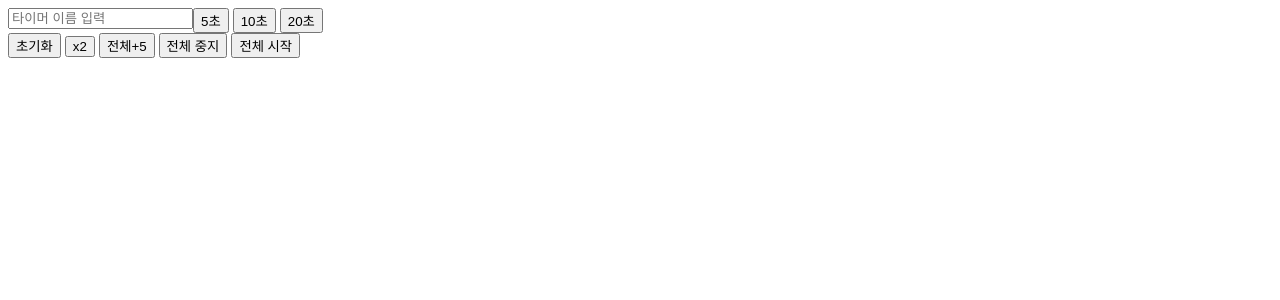
Repository: IT-magician/JS-Practice-Mission2
Page: index.html
The author's editor kept a copy of each file at every save. The page is drawn from the files as they stood at one save, then again after the next save.
The browser window is 1280 px wide. The pictures show the whole page.

Above is the page before, as saved 2023-11-15 19:08:24.

### index.html
<!DOCTYPE html>
<html lang="en">
  <head>
    <meta charset="UTF-8" />
    <meta name="viewport" content="width=device-width, initial-scale=1.0" />
    <title>Document</title>

    <style>
      .input {
        display: flex;
      }
    </style>
  </head>
  <body>
    <div class="pung-game">
      <div class="input">
        <div class="name">
          <input type="text" name="" id="" placeholder="타이머 이름 입력" />
        </div>
        <div class="btns">
          <input type="button" value="5초" />
          <input type="button" value="10초" />
          <input type="button" value="20초" />
        </div>
      </div>
      <div class="summary"></div>
      <div class="control">
        <input type="button" value="초기화" />
        <input type="button" value="x2" />
        <input type="button" value="전체+5" />
        <input type="button" value="전체 중지" />
        <input type="button" value="전체 시작" />
      </div>
      <div class="display"></div>
    </div>

    <script type="module" src="./js/main.js"></script>
  </body>
</html>

### js/main.js
import { TimerManager } from "./TimerManager.js";

function viewRender(timerInfoList) {
  console.log(timerInfoList);
}

let timerManager = new TimerManager(viewRender);

timerManager.Create("타이머1", 10 * 1000);

// timerManager.multiplerIncreaseAll();
// timerManager.multiplerIncrease(1);
// timerManager.IncreaseAll();
// timerManager.Increase(1);
// timerManager.Clear();
// timerManager.Cancel(1);

### js/TimerManager.js
class TimerManager {
  #pungs = [];

  #checkInterval = 500; // 500ms

  #baseLeftTime = 0;
  #isAllStop = false;

  #uuid = 1;

  #cmp;

  #totalSum = 0;

  #ViewRenderChecker = setInterval(() => {
    // this.#viewRender(this.#pungs);
    console.log(`average : ${this.#totalSum}`);
  }, 1000);

  #viewRender;

  constructor(viewRender, cmp = (lhs, rhs) => lhs - rhs) {
    this.#viewRender = viewRender;
    this.#cmp = cmp;
  }

  #GenerateUUID() {
    return this.#uuid++;
  }

  // 버블 정렬(with stable sort) 응용
  Sort(uuid) {
    let targetIdx = this.#pungs.findIndex((item) => item.uuid === uuid);

    // console.log(`uuid : ${uuid}, targetIdx : ${targetIdx}`);
    if (targetIdx === -1) return;

    let swapIdx = -1;

    for (let i = targetIdx + 1; i < this.#pungs.length; i++)
      if (this.#cmp(this.#pungs[targetIdx], this.#pungs[i]) > 0) swapIdx = i;

    for (let i = targetIdx - 1; i >= 0; i--)
      if (this.#cmp(this.#pungs[targetIdx], this.#pungs[i]) < 0) swapIdx = i;

    if (swapIdx === -1) return;

    [this.#pungs[targetIdx], this.#pungs[swapIdx]] = [
      this.#pungs[swapIdx],
      this.#pungs[targetIdx],
    ];
  }

  TimerInfoClass = class {
    name;
    uuid;
    value;
    timer = null;
    isStop = false;

    /**
     *
     * @param {string|number} name
     * @param {number} value : 삭제되기까지 남은 시간
     * @param {string|number} uuid
     */
    constructor(name, value, uuid) {
      this.name = name;
      this.value = value;
      this.uuid = uuid;
    }

    /**
     * Array.find(condition)?.executeMethod() 연산자를 사용하고 싶어서 만든 메서드들
     */
    Multipler = (value = 2) => (this.value *= value);
    Add = (value = 5) => (this.value += value);
    Start = () => (this.isStop = false);
    Stop = () => (this.isStop = true);
    ClearCountDownTimer = () => {
      if (this.timer === false) return;
      clearInterval(this.timer);
      this.timer = null;

      return this;
    };

    /**
     * Array.find(condition)?.executeMethod() 연산자를 사용하고 싶어서 만든 메서드들 + 이후 작업 처리용
     *
     * 원본:
     * execute = (func) => {
     *   return (...args) => {
     *     func(...args);
     *   };
     * };
     *
     * 외부에서 사용 예시:
     * timeInfo = new TimerInfoClass(...)
     * timeInfo.execute((a,b) => console.log(a+b))(1,2)
     */
    execute = (func) => {
      func(this);
      return this;

      // vs(위와 아래중에 머가 의도한거니.. 뭘 의도하고 싶었던거니..?)
      // return (...args) => func(...args);
    };
  };

  #getDiff(past, current) {
    return Math.abs(past - current);
  }

  #append(name, value) {
    let uuid = this.#GenerateUUID();
    let timerInfo = new this.TimerInfoClass(name, value, uuid);

    this.#pungs.push(timerInfo);
    this.#totalSum += value;

    return timerInfo;
  }

  /// ________________________________________________________________________
  //                            외부 호출 메소드 API
  /// ________________________________________________________________________

  GetAverage() {
    if (this.#pungs.length == 0) return 0;

    return this.#totalSum / 1000 / this.#pungs.length;
  }

  Create(name, value) {
    let timerInfo = this.#append(name, value);
    const uuid = timerInfo.uuid;

    new Promise((resolve, reject) => {
      // 시간 카운트 다운 설정
      timerInfo.timer = setInterval(() => {
        if (this.#isAllStop || timerInfo.isStop) return;

        const past = timerInfo.value;
        timerInfo.value = Math.max(0, timerInfo.value - this.#checkInterval);

        console.log(past, timerInfo.value, this.#totalSum);

        this.Sort(uuid);

        if (timerInfo.value === 0) {
          timerInfo.ClearCountDownTimer();

          resolve();
        }

        this.#totalSum -= this.#getDiff(past, timerInfo.value); // down value
      }, this.#checkInterval);
    }).then((resolve, reject) => {
      // 종료 작업
      this.Cancel(uuid);
    });
  }

  Clear() {
    for (let i = this.#pungs.length - 1; i >= 0; i--)
      this.Cancel(this.#pungs[i].uuid);

    this.#pungs = [];
  }

  multiplerIncreaseAll(value = 2) {
    this.StopAll();

    this.#pungs?.forEach((item) => {
      const past = item.value;
      item.Multipler();
      this.#totalSum += this.#getDiff(past, item.value);
    });

    this.StartAll();
  }

  multiplerIncrease(uuid, value = 2) {
    this.#pungs
      .find((item) => item.uuid === uuid)
      ?.execute((instance) => {
        const past = instance.value;
        instance.Multipler(value);
        this.#totalSum += this.#getDiff(past, instance.value);
      });
  }

  StopAll() {
    this.#isAllStop = true;
  }

  Stop(uuid) {
    this.pungs.find((item) => item.uuid === uuid)?.Stop();
  }

  StartAll() {
    this.#isAllStop = false;
  }
  Start(uuid) {
    this.pungs.find((item) => item.uuid === uuid)?.Start();
  }

  IncreaseAll(value = 5) {
    this.StopAll();

    this.#pungs?.forEach((item) => {
      const past = item.value;
      item.Add();
      this.#totalSum += this.#getDiff(past, item.value);
    });

    this.StartAll();
  }

  Increase(uuid, value = 5) {
    this.#pungs
      .find((item) => item.uuid === uuid)
      ?.execute((instance) => {
        const past = instance.value;
        instance.Add(value);
        this.#totalSum += this.#getDiff(past, instance.value);
      });
  }

  Cancel(uuid) {
    console.log(this.#pungs);
    console.log(
      `Cancel - uuid : ${uuid}`,
      this.#pungs.find((item) => item.uuid === uuid)
    );
    this.#pungs
      .find((item) => item.uuid === uuid)
      ?.ClearCountDownTimer()
      // .execute(() => console.log(this.#pungs));
      .execute((instance) => {
        this.#totalSum -= instance.value;
        this.#pungs.splice(
          this.#pungs.findIndex((item) => item.uuid === uuid),
          1
        );

        // ==>  instance는 배열에만 존재하게 설계했음.
        //////  그러므로 이후에 해당 item은 GC가 처리함.
      });
    // .execute(() => alert("헬로"));
  }
}

export { TimerManager };

After the next save:
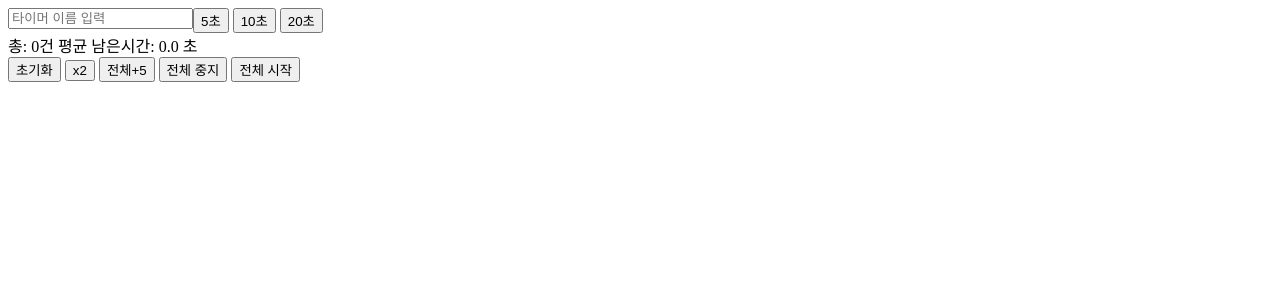
Saved 26 s later.
--- a/index.html
+++ b/index.html
@@ -23,7 +23,7 @@
           <input type="button" value="20초" />
         </div>
       </div>
-      <div class="summary"></div>
+      <div class="summary">총: 0건 평균 남은시간: 0.0 초</div>
       <div class="control">
         <input type="button" value="초기화" />
         <input type="button" value="x2" />
